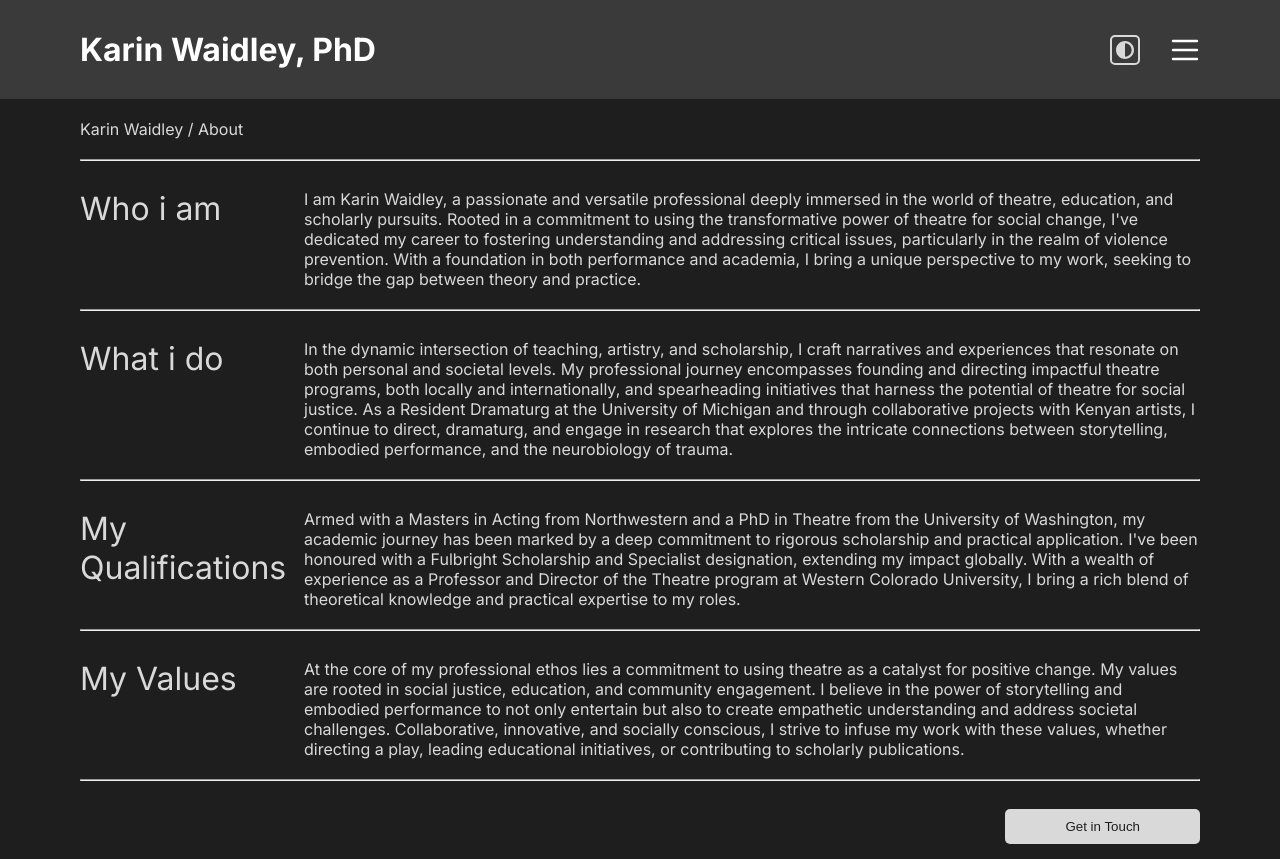
Repository: Ceasor7/Karin
Page: about.html
An editor plug-in stored every save of this project. The page is shown before and after the next save, followed by the edit.
The browser window is 1280 px wide. The pictures show the whole page.

Above is the page before, as saved 2023-12-15 17:59:57.

### about.html
<!DOCTYPE html>
<html lang="en">

<head>
    <meta charset="UTF-8">
    <meta name="viewport" content="width=device-width, initial-scale=1.0">
    <link rel="preconnect" href="https://fonts.googleapis.com">
    <link rel="preconnect" href="https://fonts.gstatic.com" crossorigin>
    <link href="https://fonts.googleapis.com/css2?family=Inter:wght@100;300;400;500;600;700;900&display=swap"
        rel="stylesheet">
    <link rel="stylesheet" href="stingo.css">
    <title>Karin Waidley,PhD | About</title>
    <style>
        ::-webkit-scrollbar {
            width: .8em;
            border-radius: .3rem;
            background-color: hsl(0, 0%, 65%);
        }

        ::-webkit-scrollbar-thumb {
            border-radius: .3rem;
            background-color: hsl(0, 0%, 55%);
        }

        ::-webkit-scrollbar-thumb:hover {
            background-color: hsl(0, 0%, 45%);
        }

        /* Global styles */
        body {
            font-family: 'Inter', sans-serif;
            background-color: var(--primary-color);
        }

        :root {
            --primary-color: #1E1E1E;
            --secondary-color: #D9D9D9;
        }

        .darkmode {
            --primary-color: #D9D9D9;
            --secondary-color: #1E1E1E;
        }

        /* about page */
        nav {
            float: left;
            width: 20%;
            font-size: 2em;
            color: var(--secondary-color);
        }

        article {
            float: left;
            width: 80%;
            margin-bottom: 20px;
            color: var(--secondary-color);
        }

        /* Clear floats after the columns */
        section::after {
            content: "";
            display: table;
            clear: both;
        }

        .about-button {
            margin-top: 20px;
            text-align: right;
            margin-bottom: 15px;
            margin-right: 80px;
        }

        .contact-button {
            padding: 10px;
            background-color: var(--secondary-color);
            color: var(--primary-color);
            padding-left: 60px;
            padding-right: 60px;
            border-radius: 5px;
            border: none;
            cursor: pointer;
        }

        .page-title {
            margin-bottom: 20px;
            color: var(--secondary-color);
        }

        /* about page */
        /* navbar */
        /* Resetting some default styles for better consistency */
        body,
        h1,
        h2,
        h3,
        p,
        ul,
        li {
            margin: 0;
            padding: 0;
            list-style: none;
        }

        /* Navbar styles */
        header {
            background-color: #3A3A3A;
            color: white;
            padding: 10px 0;
        }

        .navbar {
            display: flex;
            justify-content: space-between;
            align-items: center;
            padding: 20px;
            margin-left: 60px;
            margin-right: 60px;
        }

        .navbar-logo {
            font-size: 2em;
            font-weight: bold;
        }

        .navbar-icons {
            display: flex;
            gap: 10px;
        }

        .dark-mode-toggle {
            color: var(--secondary-color);
            border: 2px solid currentColor;
            padding: 4px;
            background: transparent;
            cursor: pointer;
            border-radius: 5px;
            width: 30px;
            height: 30px;
        }

        .dark-mode-toggle,
        .svg-icon {
            margin-right: 20px;
        }

        /* Main content styles */
        section {
            margin-top: 20px;
            margin-left: 80px;
            margin-right: 80px;
        }

        /* navbar */
    </style>
</head>

<body>
    <header>
        <div class="navbar">
            <div class="navbar-logo">Karin Waidley, PhD</div>
            <div class="navbar-icons">
                <button id="dark-mode-toggle" class="dark-mode-toggle">
                    <svg width="100%" xmlns="http://www.w3.org/2000/svg" viewBox="0 0 496 496">
                        <path fill="currentColor"
                            d="M8,256C8,393,119,504,256,504S504,393,504,256,393,8,256,8,8,119,8,256ZM256,440V72a184,184,0,0,1,0,368Z"
                            transform="translate(-8 -8)" />
                    </svg>
                </button>
                <svg xmlns="http://www.w3.org/2000/svg" x="0px" y="0px" width="30" height="30" viewBox="0 0 50 50"
                    style="fill:#FFFFFF;">
                    <path
                        d="M 5 8 A 2.0002 2.0002 0 1 0 5 12 L 45 12 A 2.0002 2.0002 0 1 0 45 8 L 5 8 z M 5 23 A 2.0002 2.0002 0 1 0 5 27 L 45 27 A 2.0002 2.0002 0 1 0 45 23 L 5 23 z M 5 38 A 2.0002 2.0002 0 1 0 5 42 L 45 42 A 2.0002 2.0002 0 1 0 45 38 L 5 38 z">
                    </path>
                </svg>
            </div>
        </div>
    </header>

    <section>
        <p class="page-title">Karin Waidley / About</p>
        <hr>
    </section>

    <section>
        <nav>
            Who i am
        </nav>

        <article>
            I am Karin Waidley, a passionate and versatile professional deeply immersed in the world of theatre,
            education, and scholarly pursuits. Rooted in a commitment to using the transformative power of theatre
            for
            social change, I've dedicated my career to fostering understanding and addressing critical issues,
            particularly in the realm of violence prevention. With a foundation in both performance and academia, I
            bring a unique perspective to my work, seeking to bridge the gap between theory and practice.
        </article>
        <hr>
    </section>
    <section>
        <nav>
            What i do
        </nav>

        <article>
            In the dynamic intersection of teaching, artistry, and scholarship, I craft narratives and experiences
            that
            resonate on both personal and societal levels. My professional journey encompasses founding and
            directing
            impactful theatre programs, both locally and internationally, and spearheading initiatives that harness
            the
            potential of theatre for social justice. As a Resident Dramaturg at the University of Michigan and
            through
            collaborative projects with Kenyan artists, I continue to direct, dramaturg, and engage in research that
            explores the intricate connections between storytelling, embodied performance, and the neurobiology of
            trauma.
        </article>
        <hr>
    </section>
    <section>
        <nav>
            My Qualifications
        </nav>

        <article>
            Armed with a Masters in Acting from Northwestern and a PhD in Theatre from the University of Washington,
            my
            academic journey has been marked by a deep commitment to rigorous scholarship and practical application.
            I've been honoured with a Fulbright Scholarship and Specialist designation, extending my impact
            globally.
            With a wealth of experience as a Professor and Director of the Theatre program at Western Colorado
            University, I bring a rich blend of theoretical knowledge and practical expertise to my roles.
        </article>
        <hr>
    </section>

    <section>
        <nav>
            My Values
        </nav>

        <article>
            At the core of my professional ethos lies a commitment to using theatre as a catalyst for positive
            change.
            My values are rooted in social justice, education, and community engagement. I believe in the power of
            storytelling and embodied performance to not only entertain but also to create empathetic understanding
            and
            address societal challenges. Collaborative, innovative, and socially conscious, I strive to infuse my
            work
            with these values, whether directing a play, leading educational initiatives, or contributing to
            scholarly
            publications.
        </article>
        <hr>
    </section>
    <div class="about-button">
        <a href="contact.html">
            <button class="contact-button">Get in Touch</button>
        </a>

    </div>

    <script src="darkMode.js"></script>
</body>





</html>

### darkMode.js

let darkMode = localStorage.getItem('darkMode');

const darkModeToggle = document.querySelector('#dark-mode-toggle');

const enableDarkMode = () => {
  document.body.classList.add('darkmode');
  localStorage.setItem('darkMode', 'enabled');
}

const disableDarkMode = () => {

  document.body.classList.remove('darkmode');

  localStorage.setItem('darkMode', null);
}


if (darkMode === 'enabled') {
  enableDarkMode();
}

darkModeToggle.addEventListener('click', () => {

  darkMode = localStorage.getItem('darkMode');

  if (darkMode !== 'enabled') {
    enableDarkMode();
  } else {
    disableDarkMode();
  }
});

Loaded but not shown: stingo.css (no stored copy; drawn as an empty file)

After the next save:
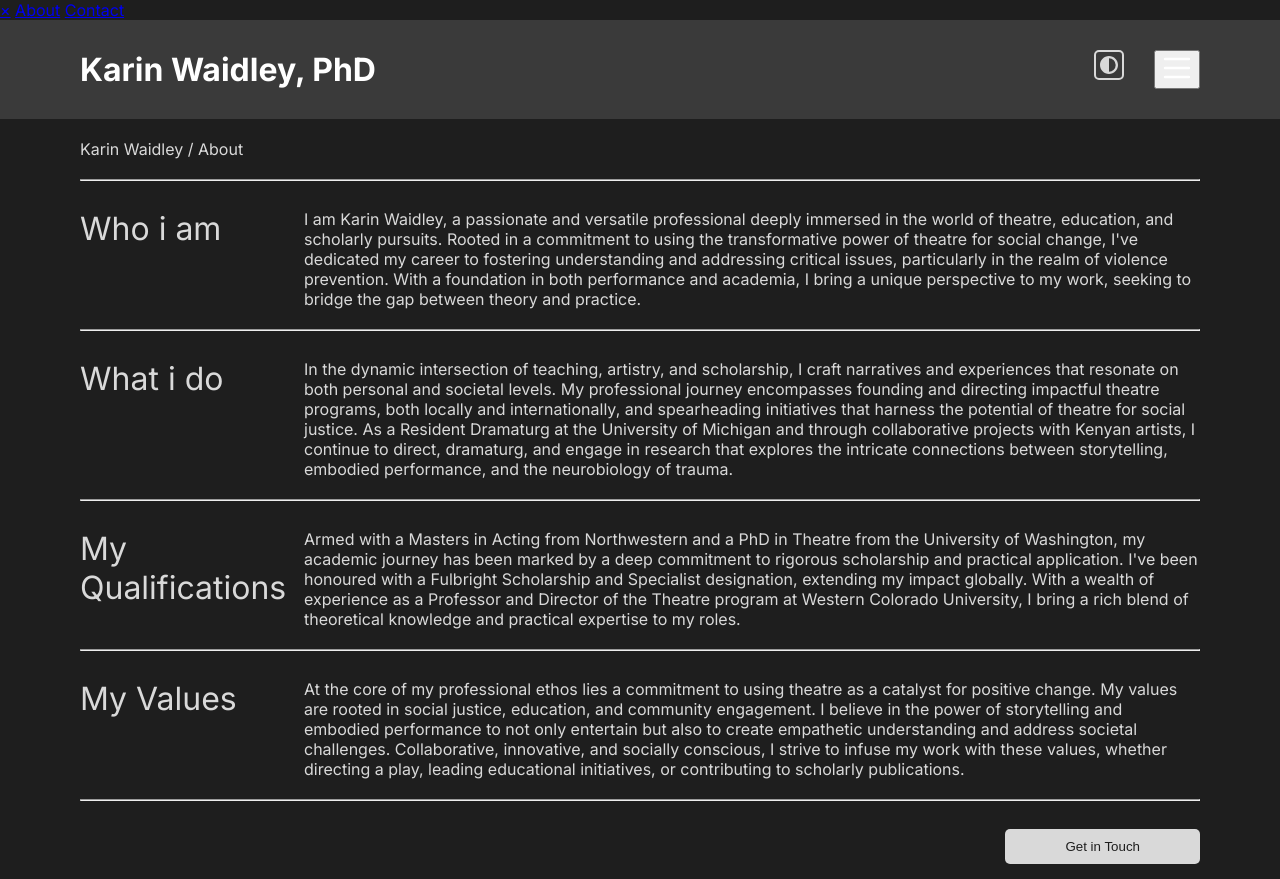
Saved 67 s later.
--- a/about.html
+++ b/about.html
@@ -156,6 +156,11 @@
 </head>
 
 <body>
+    <div id="mySidebar" class="sidebar">
+        <a href="javascript:void(0)" class="closebtn" onclick="closeNav()">×</a>
+        <a href="about.html">About</a>
+        <a href="contact.html">Contact</a>
+    </div>
     <header>
         <div class="navbar">
             <div class="navbar-logo">Karin Waidley, PhD</div>
@@ -167,12 +172,14 @@
                             transform="translate(-8 -8)" />
                     </svg>
                 </button>
-                <svg xmlns="http://www.w3.org/2000/svg" x="0px" y="0px" width="30" height="30" viewBox="0 0 50 50"
-                    style="fill:#FFFFFF;">
-                    <path
-                        d="M 5 8 A 2.0002 2.0002 0 1 0 5 12 L 45 12 A 2.0002 2.0002 0 1 0 45 8 L 5 8 z M 5 23 A 2.0002 2.0002 0 1 0 5 27 L 45 27 A 2.0002 2.0002 0 1 0 45 23 L 5 23 z M 5 38 A 2.0002 2.0002 0 1 0 5 42 L 45 42 A 2.0002 2.0002 0 1 0 45 38 L 5 38 z">
-                    </path>
-                </svg>
+                <button class="sidebarmenu" onclick="openNav()">
+                    <svg xmlns="http://www.w3.org/2000/svg" x="0px" y="0px" width="30" height="30" viewBox="0 0 50 50"
+                        style="fill:#FFFFFF;">
+                        <path
+                            d="M 5 8 A 2.0002 2.0002 0 1 0 5 12 L 45 12 A 2.0002 2.0002 0 1 0 45 8 L 5 8 z M 5 23 A 2.0002 2.0002 0 1 0 5 27 L 45 27 A 2.0002 2.0002 0 1 0 45 23 L 5 23 z M 5 38 A 2.0002 2.0002 0 1 0 5 42 L 45 42 A 2.0002 2.0002 0 1 0 45 38 L 5 38 z">
+                        </path>
+                    </svg>
+                </button>
             </div>
         </div>
     </header>
